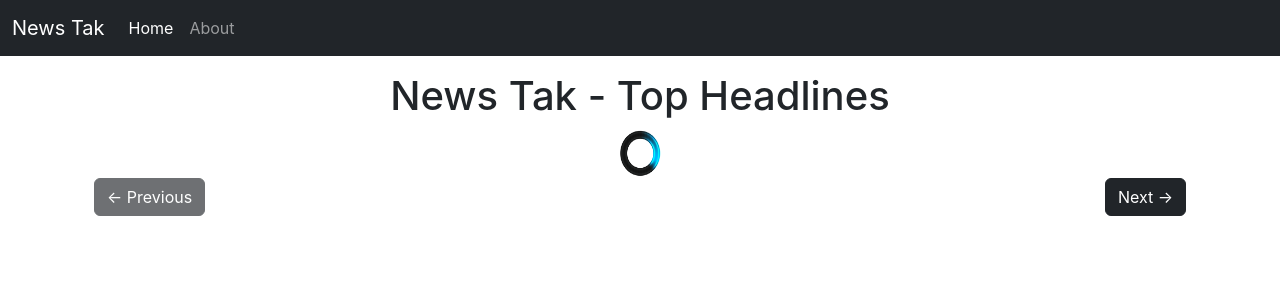
Repository: Rohit-foryou/News-website
Page: /
These files come from the project's save history. The page is drawn as it stood at one moment and after the next save; the edit follows.
The browser window is 1280 px wide. The pictures show the whole page.
The page's requests for data from a server got no answer. The project was rebuilt for these pictures with package versions that can differ from the ones it lists, and the page was loaded fresh each time. No one was signed in, and anything a server would have sent is missing. Also part of the build but not shown: src/Components/NewsItem.js.

Above is the page before, as saved 2024-01-10 19:13:51.

### public/index.html
<!DOCTYPE html>
<html lang="en">
  <head>
    <meta charset="utf-8" />
    <link rel="icon" href="%PUBLIC_URL%/favicon.ico" />
    <meta name="viewport" content="width=device-width, initial-scale=1" />
    <meta name="theme-color" content="#000000" />
    <meta
      name="description"
      content="News Tak is used to see latest news fast and easy"
    />
    <link rel="apple-touch-icon" href="%PUBLIC_URL%/logo192.png" />
    <!--
      manifest.json provides metadata used when your web app is installed on a
      user's mobile device or desktop. See https://developers.google.com/web/fundamentals/web-app-manifest/
    -->
    <link rel="manifest" href="%PUBLIC_URL%/manifest.json" />
    <!--
      Notice the use of %PUBLIC_URL% in the tags above.
      It will be replaced with the URL of the `public` folder during the build.
      Only files inside the `public` folder can be referenced from the HTML.

      Unlike "/favicon.ico" or "favicon.ico", "%PUBLIC_URL%/favicon.ico" will
      work correctly both with client-side routing and a non-root public URL.
      Learn how to configure a non-root public URL by running `npm run build`.
    -->
    <title>News Tak</title>
    <link href="https://cdn.jsdelivr.net/npm/bootstrap@5.3.2/dist/css/bootstrap.min.css" rel="stylesheet" integrity="sha384-T3c6CoIi6uLrA9TneNEoa7RxnatzjcDSCmG1MXxSR1GAsXEV/Dwwykc2MPK8M2HN" crossorigin="anonymous">
  </head>
  <body>
    <noscript>You need to enable JavaScript to run this app.</noscript>
    <div id="root"></div>
    <!--
      This HTML file is a template.
      If you open it directly in the browser, you will see an empty page.

      You can add webfonts, meta tags, or analytics to this file.
      The build step will place the bundled scripts into the <body> tag.

      To begin the development, run `npm start` or `yarn start`.
      To create a production bundle, use `npm run build` or `yarn build`.
    -->
    <script src="https://cdn.jsdelivr.net/npm/bootstrap@5.3.2/dist/js/bootstrap.bundle.min.js" integrity="sha384-C6RzsynM9kWDrMNeT87bh95OGNyZPhcTNXj1NW7RuBCsyN/o0jlpcV8Qyq46cDfL" crossorigin="anonymous"></script>
  </body>
</html>

### src/App.js
import React, { Component } from 'react'
import NavBar from './Components/NavBar'
import News from './Components/News'

export class App extends Component {
  render() {
    return (
      <div>
        <NavBar/>
        <News pageSize={5}/>
      </div>
    )
  }
}

export default App

### src/Components/NavBar.js
import React, { Component } from 'react'

export default class NavBar extends Component {
  render() {
    return (
      <div>
        <nav className="navbar navbar-expand-lg navbar-dark bg-dark">
            <div className="container-fluid">
                <a className="navbar-brand" href="/">News Tak</a>
                <button className="navbar-toggler" type="button" data-bs-toggle="collapse" data-bs-target="#navbarSupportedContent" aria-controls="navbarSupportedContent" aria-expanded="false" aria-label="Toggle navigation">
                <span className="navbar-toggler-icon"></span>
                </button>
                <div className="collapse navbar-collapse" id="navbarSupportedContent">
                <ul className="navbar-nav me-auto mb-2 mb-lg-0">
                    <li className="nav-item">
                    <a className="nav-link active" aria-current="page" href="/">Home</a>
                    </li>
                    <li className="nav-item">
                    <a className="nav-link" href="/about">About</a>
                    </li>
                </ul>
                </div>
            </div>
        </nav>
      </div>
    )
  }
}

### src/Components/News.js
import React, { Component } from "react";
import NewsItem from "./NewsItem";
import Spinner from "./Spinner";

export class News extends Component {
  constructor() {
    super();
    // console.log("hello i am constructor");
    this.state = {
      articles: [],
      loading: false,
      page: 1,
    };
  }

  async componentDidMount() {
    let url =
      `https://newsapi.org/v2/top-headlines?country=in&apiKey=fa3dbec13bb44cd2a222250b4aea8871&page=1&pageSize=${this.props.pageSize}`;
      this.setState({loading: true});
    let data = await fetch(url);
    let parsedData = await data.json();
    console.log(parsedData);
    this.setState({
        articles: parsedData.articles, totalResults: parsedData.totalResults, loading: false });
  }

  handleNextClick = async () => {
    if(!(this.state.page + 1 >Math.ceil(this.state.totalResults/this.props.pageSize))){
        let url = `https://newsapi.org/v2/top-headlines?country=in&apiKey=fa3dbec13bb44cd2a222250b4aea8871&page=${this.state.page + 1}&pageSize=${this.props.pageSize}`;

        this.setState({loading: true});
        let data = await fetch(url);
        let parsedData = await data.json();
        console.log(parsedData);

        this.setState({
          page: this.state.page + 1,
          articles: parsedData.articles,
          loading: false
        });

    }
  };


  handlePrevClick = async () => {
    let url = `https://newsapi.org/v2/top-headlines?country=in&apiKey=fa3dbec13bb44cd2a222250b4aea8871&page=${this.state.page - 1}&pageSize=${this.props.pageSize}`;

      this.setState({loading: true});
      let data = await fetch(url);
      let parsedData = await data.json();
      console.log(parsedData);

      this.setState({
        page: this.state.page - 1,
        articles: parsedData.articles,
        loading: false,
      });
  };


  render() {
    return (
      <div className="container my-3">
        <h1 className="text-center">News Tak - Top Headlines</h1>
        {this.state.loading && <Spinner/>}

        <div className="row">
          {!this.state.loading && this.state.articles.map((element) => {
            return (
              <div className="col-md-4" key={element.url}>
                <NewsItem
                  title={element.title ? element.title.slice(0, 45) : ""}
                  description={
                    element.description ? element.description.slice(0, 83) : ""
                  }
                  imgUrl={element.urlToImage}
                  newsUrl={element.url}
                />
              </div>
            );
          })}
        </div>
        <div className="container d-flex justify-content-between">
          <button
            disabled={this.state.page <= 1}
            type="button"
            className="btn btn-dark"
            onClick={this.handlePrevClick}
          >
            &larr; Previous
          </button>
          <button
            disabled={this.state.page + 1 >Math.ceil(this.state.totalResults/this.props.pageSize)}
            type="button"
            className="btn btn-dark"
            onClick={this.handleNextClick}
          >
            Next &rarr;
          </button>
        </div>
      </div>
    );
  }
}

export default News;

### src/Components/Spinner.js
import React, { Component } from 'react';
import loading from './loading.gif';

export default class Spinner extends Component {
  render() {
    return (
      <div className='text-center'>
        <img src={loading} alt="loading" style={{ width: '50px', height: '50px' }} />
      </div>
    );
  }
}

Loaded but not shown: src/index.js (common file); src/index.css (common file); src/reportWebVitals.js (common file)

After the next save:
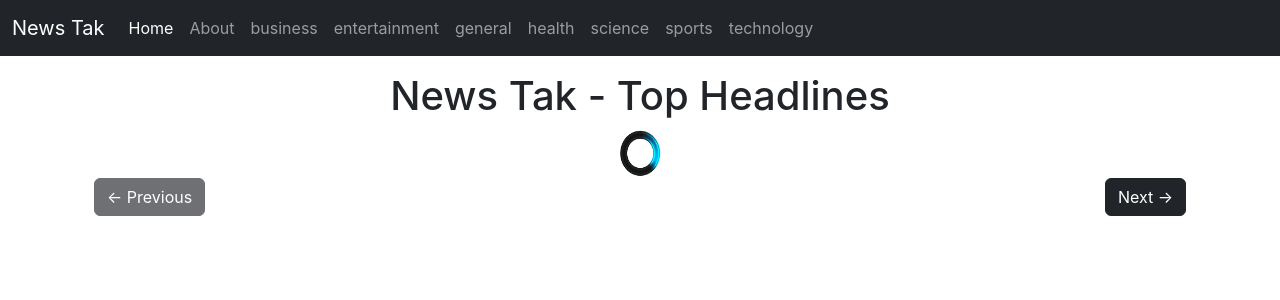
Saved 114 min 36 s later.
--- a/src/Components/NavBar.js
+++ b/src/Components/NavBar.js
@@ -1,28 +1,80 @@
-import React, { Component } from 'react'
+import React, { Component } from "react";
 
 export default class NavBar extends Component {
   render() {
     return (
       <div>
         <nav className="navbar navbar-expand-lg navbar-dark bg-dark">
-            <div className="container-fluid">
-                <a className="navbar-brand" href="/">News Tak</a>
-                <button className="navbar-toggler" type="button" data-bs-toggle="collapse" data-bs-target="#navbarSupportedContent" aria-controls="navbarSupportedContent" aria-expanded="false" aria-label="Toggle navigation">
-                <span className="navbar-toggler-icon"></span>
-                </button>
-                <div className="collapse navbar-collapse" id="navbarSupportedContent">
-                <ul className="navbar-nav me-auto mb-2 mb-lg-0">
-                    <li className="nav-item">
-                    <a className="nav-link active" aria-current="page" href="/">Home</a>
-                    </li>
-                    <li className="nav-item">
-                    <a className="nav-link" href="/about">About</a>
-                    </li>
-                </ul>
-                </div>
+          <div className="container-fluid">
+            <a className="navbar-brand" href="/">
+              News Tak
+            </a>
+            <button
+              className="navbar-toggler"
+              type="button"
+              data-bs-toggle="collapse"
+              data-bs-target="#navbarSupportedContent"
+              aria-controls="navbarSupportedContent"
+              aria-expanded="false"
+              aria-label="Toggle navigation"
+            >
+              <span className="navbar-toggler-icon"></span>
+            </button>
+            <div
+              className="collapse navbar-collapse"
+              id="navbarSupportedContent"
+            >
+              <ul className="navbar-nav me-auto mb-2 mb-lg-0">
+                <li className="nav-item">
+                  <a className="nav-link active" aria-current="page" href="/">
+                    Home
+                  </a>
+                </li>
+                <li className="nav-item">
+                  <a className="nav-link" href="/about">
+                    About
+                  </a>
+                </li>
+                <li className="nav-item">
+                  <a className="nav-link" href="/about">
+                    business
+                  </a>
+                </li>
+                <li className="nav-item">
+                  <a className="nav-link" href="/about">
+                    entertainment
+                  </a>
+                </li>
+                <li className="nav-item">
+                  <a className="nav-link" href="/about">
+                    general
+                  </a>
+                </li>
+                <li className="nav-item">
+                  <a className="nav-link" href="/about">
+                    health
+                  </a>
+                </li>
+                <li className="nav-item">
+                  <a className="nav-link" href="/about">
+                    science
+                  </a>
+                </li>
+                <li className="nav-item">
+                  <a className="nav-link" href="/about">
+                    sports
+                  </a>
+                </li>
+                <li className="nav-item">
+                  <a className="nav-link" href="/about">
+                    technology
+                  </a>
+                </li>
+              </ul>
             </div>
+          </div>
         </nav>
       </div>
-    )
+    );
   }
 }
